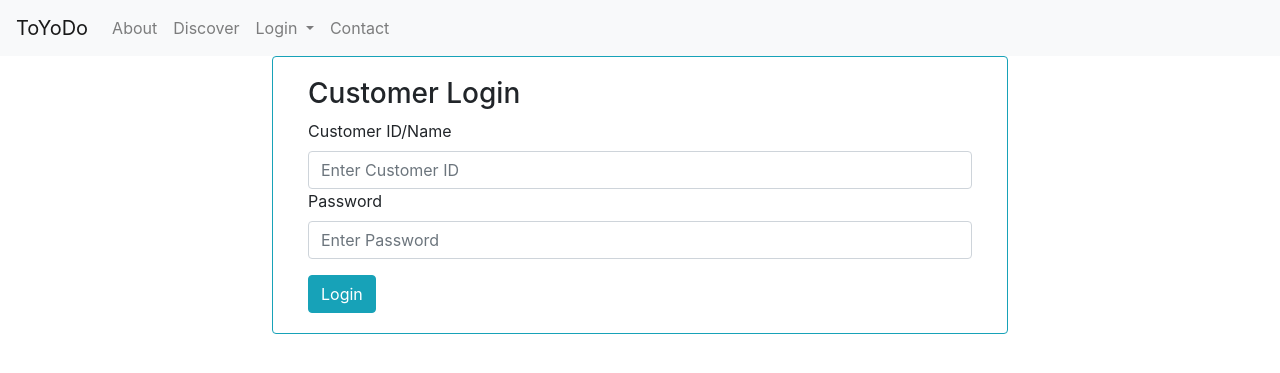
Repository: hrishibhattu/CodeFury-Internal-2
Page: http://localhost/ToYoDo/JSP/customerLogin.jsp
The author's editor kept a copy of each file at every save. The page is drawn from the files as they stood at one save, then again after the next save.
The browser window is 1280 px wide. The pictures show the whole page.
Some web libraries are served in a nearby version. The page is served by Tomcat 9.

Above is the page before, as saved 2021-09-17 22:53:25.

After the next save:
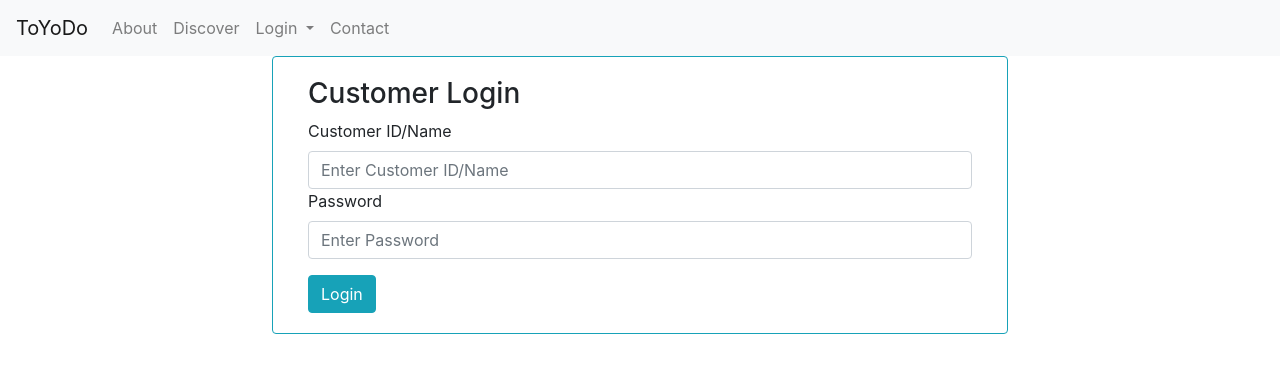
Saved 13 s later.
--- a/ToYoDo/WebContent/JSP/customerLogin.jsp
+++ b/ToYoDo/WebContent/JSP/customerLogin.jsp
@@ -58,9 +58,9 @@
 				<div class="form-group">
 					<label for="validUsername">Customer ID/Name</label> <input type="text"
 						class="form-control" id="customerNameID" name="customerNameID"
-						placeholder="Enter Customer ID" aria-describedby="inputGroupPrepend"
+						placeholder="Enter Customer ID/Name" aria-describedby="inputGroupPrepend"
 						required>
-					<div class="invalid-feedback">Customer ID is missing!</div>
+					<div class="invalid-feedback">Customer ID/Name is missing!</div>
 					<div class="form-group">
 						<label for="inputPassword">Password</label> <input type="password"
 							class="form-control" id="customerPassword"
